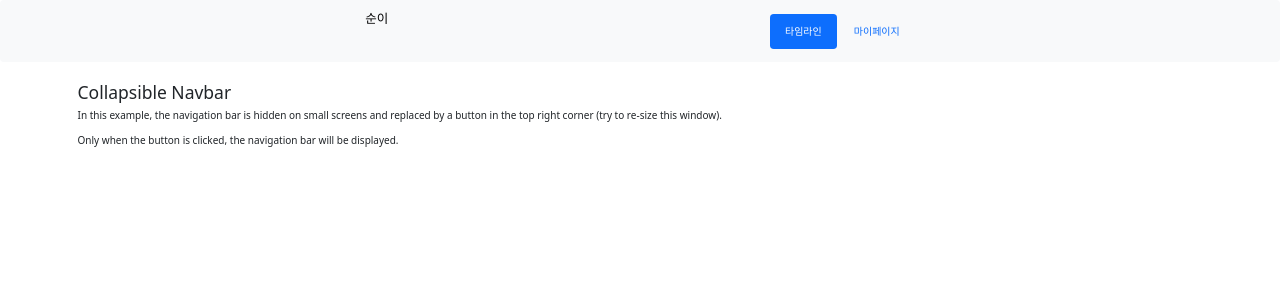
Repository: SeeUSoon93/Spring
Page: http://localhost/SpringMVC03/WEB-INF/views/index.jsp
The author's editor kept a copy of each file at every save. The page is drawn from the files as they stood at one save, then again after the next save.
The browser window is 1280 px wide. The pictures show the whole page.
The page is served by Tomcat 9. Nobody is signed in. Other server files are loaded and not shown. The template is opened directly, without the code that normally fills it, so the values that code supplies are empty.

Above is the page before, as saved 2023-10-06 02:44:15.

### SpringMVC03/src/main/webapp/WEB-INF/views/index.jsp
<%@ page language="java" contentType="text/html; charset=UTF-8"
    pageEncoding="UTF-8"%>
<%@ taglib prefix="c" uri="http://java.sun.com/jsp/jstl/core" %>
<!DOCTYPE html>
<html lang="en">
<head>
  <title>SpringMVC03</title>
  <meta charset="utf-8">
  <meta name="viewport" content="width=device-width, initial-scale=1">
    <link rel="stylesheet" href="https://maxcdn.bootstrapcdn.com/bootstrap/3.4.1/css/bootstrap.min.css">
  <script src="https://ajax.googleapis.com/ajax/libs/jquery/3.6.4/jquery.min.js"></script>
  <script src="https://maxcdn.bootstrapcdn.com/bootstrap/3.4.1/js/bootstrap.min.js"></script>
</head>
<body>

	<jsp:include page="common/header.jsp"></jsp:include>

<div class="container">
  <h3>Collapsible Navbar</h3>
  <p>In this example, the navigation bar is hidden on small screens and replaced by a button in the top right corner (try to re-size this window).
  <p>Only when the button is clicked, the navigation bar will be displayed.</p>
</div>

</body>
</html>

### SpringMVC03/src/main/webapp/WEB-INF/views/common/header.jsp
<%@ page language="java" contentType="text/html; charset=UTF-8"
    pageEncoding="UTF-8"%>
<!DOCTYPE html>
<html lang="en">
<head>
  <title>SpringMVC03</title>
  <meta charset="utf-8">
  <meta name="viewport" content="width=device-width, initial-scale=1">

  <link href="https://cdn.jsdelivr.net/npm/bootstrap@5.3.2/dist/css/bootstrap.min.css" rel="stylesheet" integrity="sha384-T3c6CoIi6uLrA9TneNEoa7RxnatzjcDSCmG1MXxSR1GAsXEV/Dwwykc2MPK8M2HN" crossorigin="anonymous">
  <script src="https://ajax.googleapis.com/ajax/libs/jquery/3.6.4/jquery.min.js"></script>
  <script src="https://cdn.jsdelivr.net/npm/bootstrap@5.3.2/dist/js/bootstrap.bundle.min.js" integrity="sha384-C6RzsynM9kWDrMNeT87bh95OGNyZPhcTNXj1NW7RuBCsyN/o0jlpcV8Qyq46cDfL" crossorigin="anonymous"></script>
</head>
<body>


      <nav class="navbar navbar-expand-lg bg-light">
        <div class="container-fluid" id="headCon">
          <a class="navbar-brand" href="/">순이</a>
          <ul class="nav nav-pills">
            <li class="nav-item">
              <a class="nav-link active" aria-current="page" href="#">타임라인</a>
            </li>
            <li class="nav-item">
              <a class="nav-link" href="#">마이페이지</a>
            </li>
          </ul>
        </div>
      </nav>

</body>
</html>

After the next save:
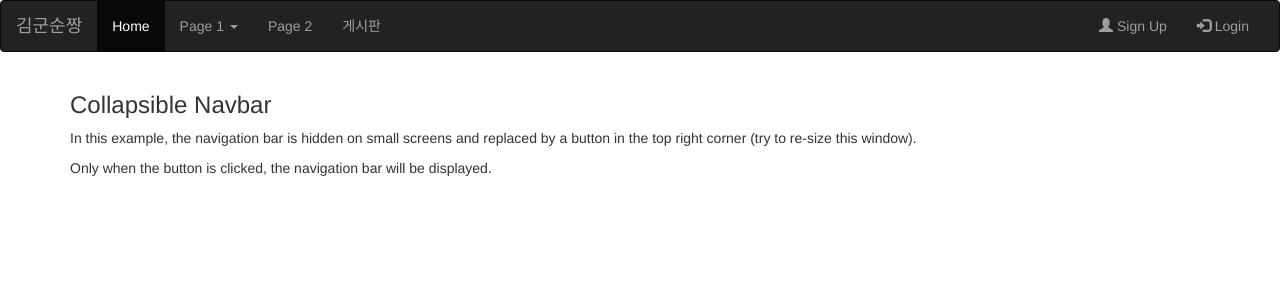
Saved 90 s later.
--- a/SpringMVC03/src/main/webapp/WEB-INF/views/common/header.jsp
+++ b/SpringMVC03/src/main/webapp/WEB-INF/views/common/header.jsp
@@ -6,27 +6,44 @@
   <title>SpringMVC03</title>
   <meta charset="utf-8">
   <meta name="viewport" content="width=device-width, initial-scale=1">
-
-  <link href="https://cdn.jsdelivr.net/npm/bootstrap@5.3.2/dist/css/bootstrap.min.css" rel="stylesheet" integrity="sha384-T3c6CoIi6uLrA9TneNEoa7RxnatzjcDSCmG1MXxSR1GAsXEV/Dwwykc2MPK8M2HN" crossorigin="anonymous">
+    <link rel="stylesheet" href="https://maxcdn.bootstrapcdn.com/bootstrap/3.4.1/css/bootstrap.min.css">
   <script src="https://ajax.googleapis.com/ajax/libs/jquery/3.6.4/jquery.min.js"></script>
-  <script src="https://cdn.jsdelivr.net/npm/bootstrap@5.3.2/dist/js/bootstrap.bundle.min.js" integrity="sha384-C6RzsynM9kWDrMNeT87bh95OGNyZPhcTNXj1NW7RuBCsyN/o0jlpcV8Qyq46cDfL" crossorigin="anonymous"></script>
+  <script src="https://maxcdn.bootstrapcdn.com/bootstrap/3.4.1/js/bootstrap.min.js"></script>
 </head>
 <body>
 
 
-      <nav class="navbar navbar-expand-lg bg-light">
-        <div class="container-fluid" id="headCon">
-          <a class="navbar-brand" href="/">순이</a>
-          <ul class="nav nav-pills">
-            <li class="nav-item">
-              <a class="nav-link active" aria-current="page" href="#">타임라인</a>
-            </li>
-            <li class="nav-item">
-              <a class="nav-link" href="#">마이페이지</a>
-            </li>
+<nav class="navbar navbar-inverse">
+  <div class="container-fluid">
+    <div class="navbar-header">
+      <button type="button" class="navbar-toggle" data-toggle="collapse" data-target="#myNavbar">
+        <span class="icon-bar"></span>
+        <span class="icon-bar"></span>
+        <span class="icon-bar"></span>
+      </button>
+      <a class="navbar-brand" href="#">김군순짱</a>
+    </div>
+    <div class="collapse navbar-collapse" id="myNavbar">
+      <ul class="nav navbar-nav">
+        <li class="active"><a href="#">Home</a></li>
+        <li class="dropdown">
+          <a class="dropdown-toggle" data-toggle="dropdown" href="#">Page 1 <span class="caret"></span></a>
+          <ul class="dropdown-menu">
+            <li><a href="#">Page 1-1</a></li>
+            <li><a href="#">Page 1-2</a></li>
+            <li><a href="#">Page 1-3</a></li>
           </ul>
-        </div>
-      </nav>
+        </li>
+        <li><a href="#">Page 2</a></li>
+        <li><a href="boardMain.do">게시판</a></li>
+      </ul>
+      <ul class="nav navbar-nav navbar-right">
+        <li><a href="#"><span class="glyphicon glyphicon-user"></span> Sign Up</a></li>
+        <li><a href="#"><span class="glyphicon glyphicon-log-in"></span> Login</a></li>
+      </ul>
+    </div>
+  </div>
+</nav>
 
 </body>
 </html>
